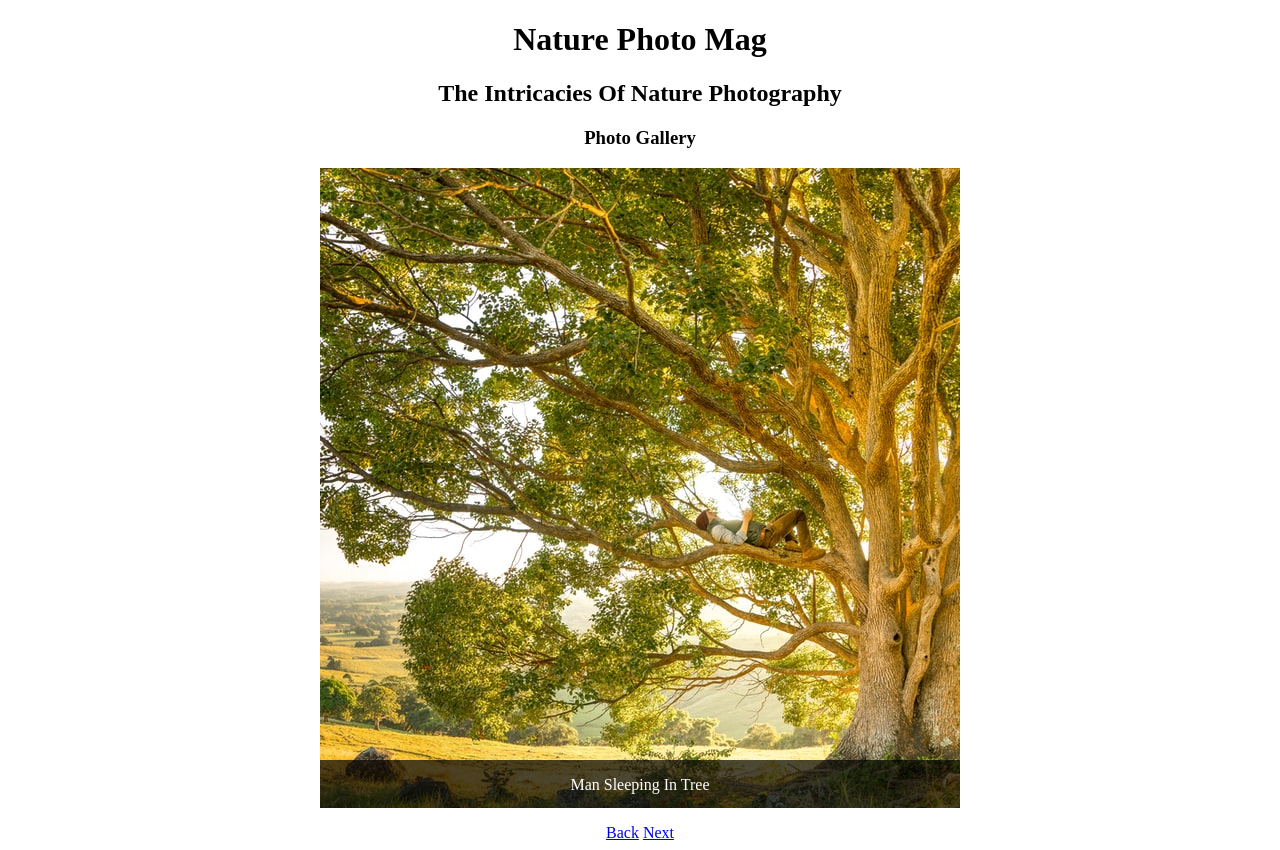
Repository: alexmaddux99/Image-Gallery
Page: index.html
The author's editor kept a copy of each file at every save. The page is drawn from the files as they stood at one save, then again after the next save.
The browser window is 1280 px wide. The pictures show the whole page.

Above is the page before, as saved 2022-03-08 16:17:03.
Console error: TypeError: Assignment to constant variable.

After the next save:
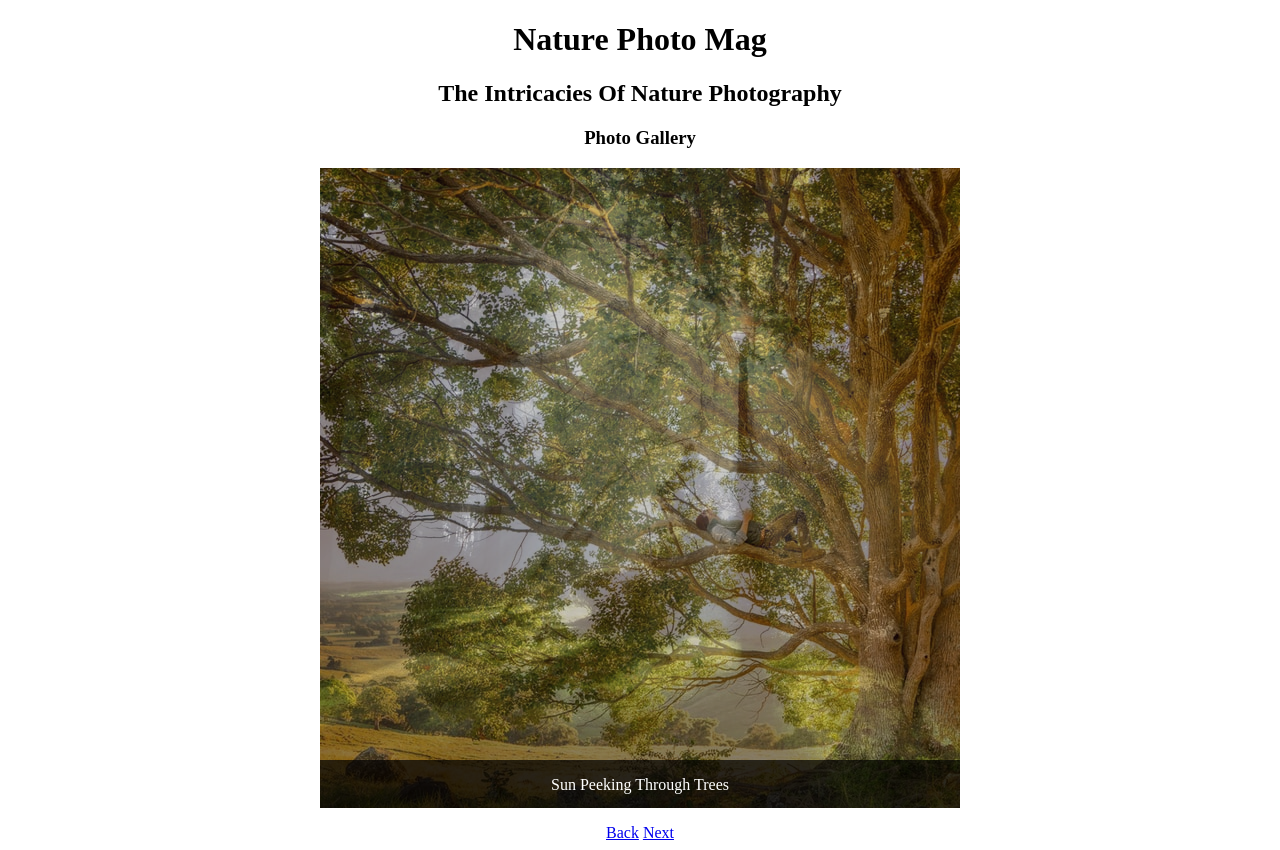
Saved 25 s later.
--- a/js/main.js
+++ b/js/main.js
@@ -30,7 +30,7 @@
    //show the controls
    controls.style.display = "block";
 
-   myInterval = (changeSlide, 5000);
+   myInterval = setInterval(changeSlide, 5000);
 }
 
 
@@ -56,6 +56,7 @@
       nextUp = showing.previousElementSibling;
     }
 
+
     // deactivate current image
     showing.classList.toggle("hide");
     showing.classList.toggle("current");
